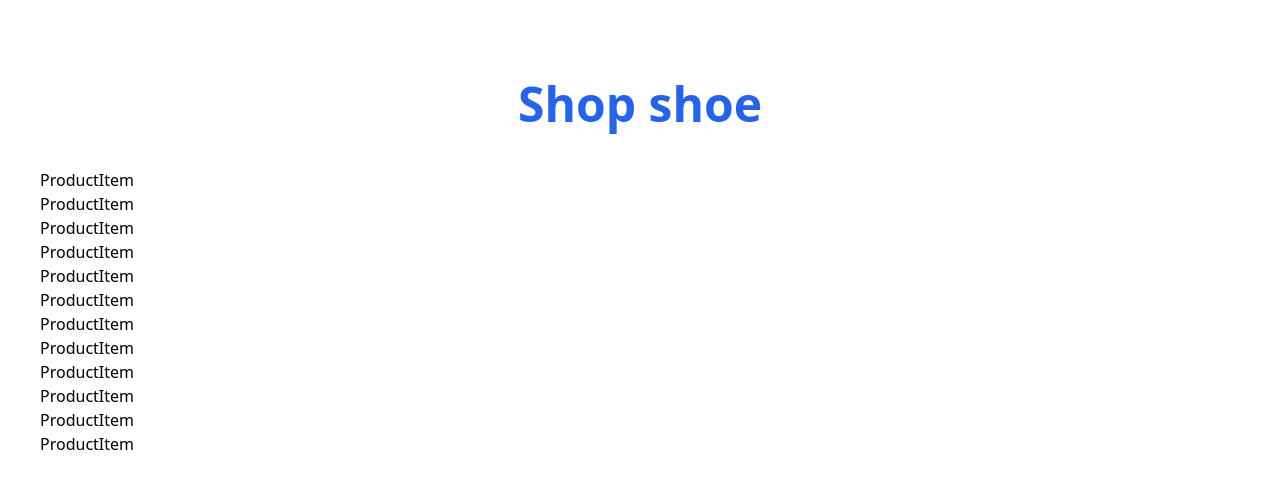
Repository: baobaodeveloper/bootcamp21_ShopShoe_HuynhAnhBao
Page: /
An editor plug-in stored every save of this project. The page is shown before and after the next save, followed by the edit.
The browser window is 1280 px wide. The pictures show the whole page.
The project was rebuilt for these pictures with package versions that can differ from the ones it lists, and the page was loaded fresh each time. Also part of the build but not shown: vite.config.js.

Above is the page before, as saved 2022-05-09 21:02:03.

After the next save:
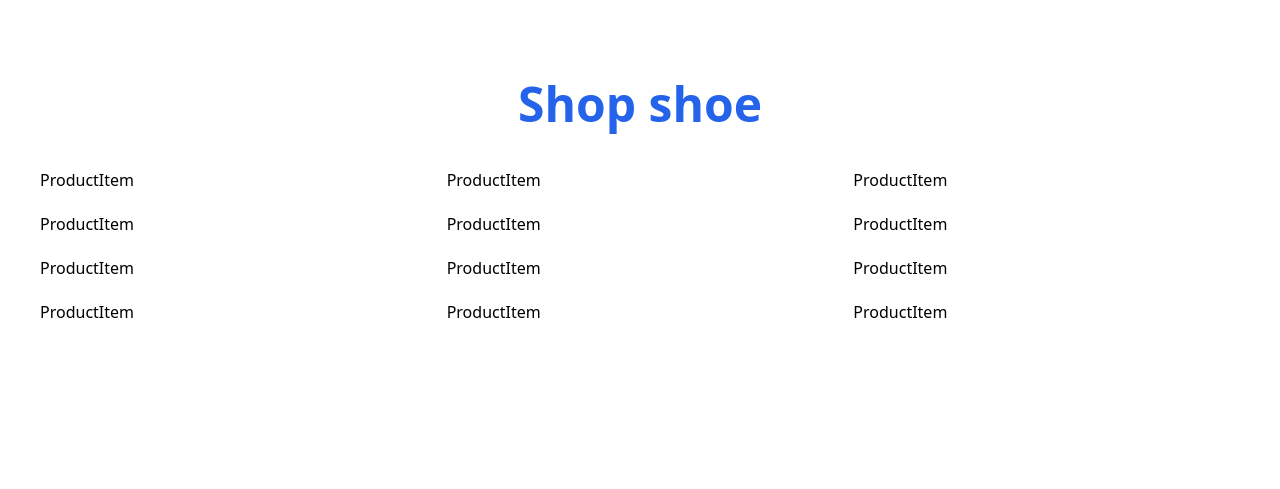
Saved 4 s later.
--- a/src/components/ProductList.jsx
+++ b/src/components/ProductList.jsx
@@ -15,7 +15,7 @@ class ProductList extends Component {
         <h1 className="my-10 text-5xl font-semibold text-center text-blue-600">
           Shop shoe
         </h1>
-        <div className="grid grid-cols-43gap-5">
+        <div className="grid grid-cols-3 gap-5">
           {shoeList.length > 0 &&
             shoeList.map((item) => (
               <ProductItem key={item.id} item={item}></ProductItem>
